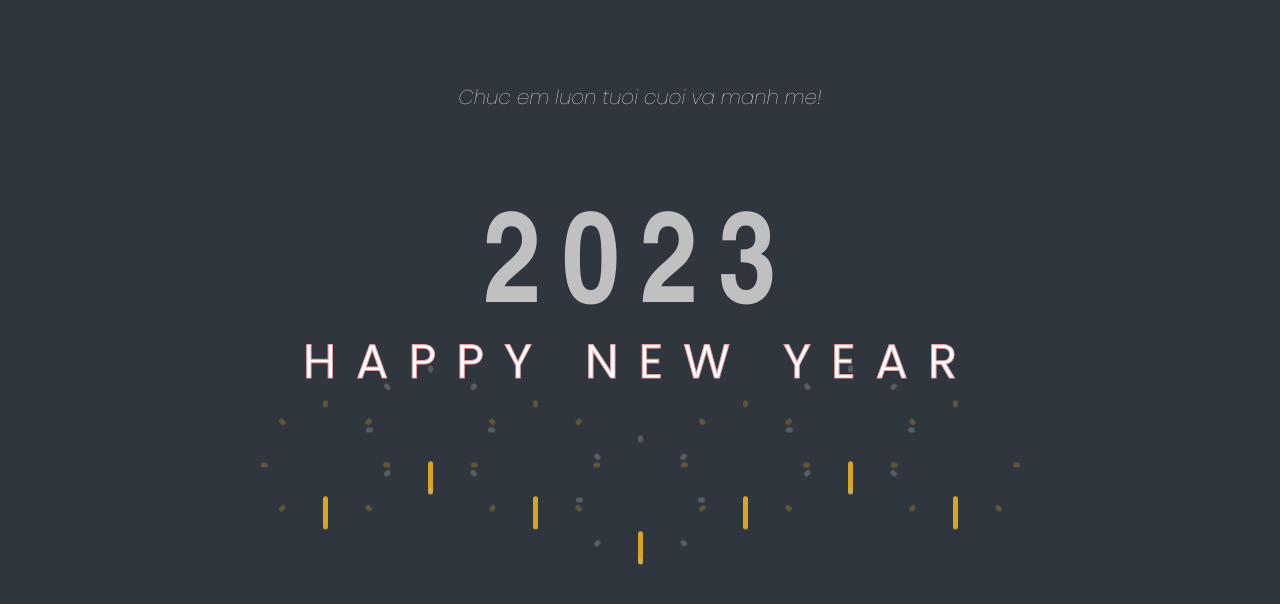
Repository: northpx/happyNY
Page: index.html
These files come from the project's save history. The page is drawn as it stood at one moment and after a run of saves; the edit follows.
The browser window is 1280 px wide. The pictures show the whole page.

Above is the page before, as saved 2022-12-31 13:32:07.

After the next 3 saves:
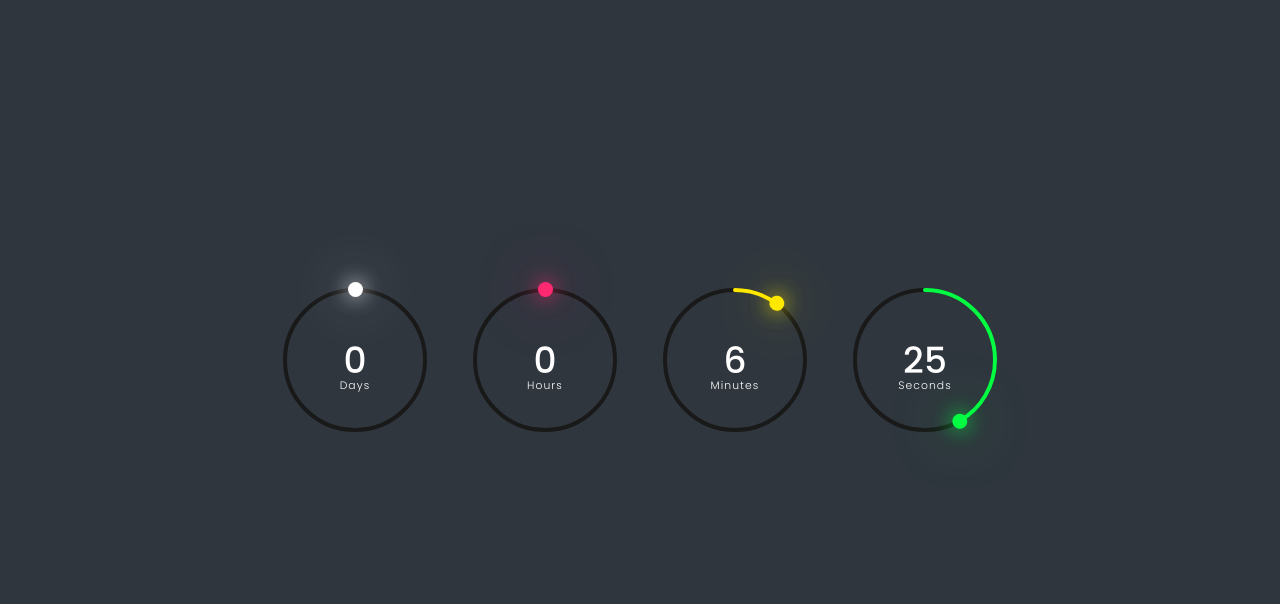
The 3 saves are shown as one change because they came seconds apart.
The last was saved 14 s later.
--- a/index.html
+++ b/index.html
@@ -244,7 +244,7 @@
         let min_dot = document.querySelector(".min_dot")
         let sec_dot = document.querySelector(".sec_dot")
 
-        let endDate = '12/31/2022 00:00:00'
+        let endDate = '12/31/2022 13:33:00'
 
         let x = setInterval(function(){
             let now = new Date(endDate).getTime();
